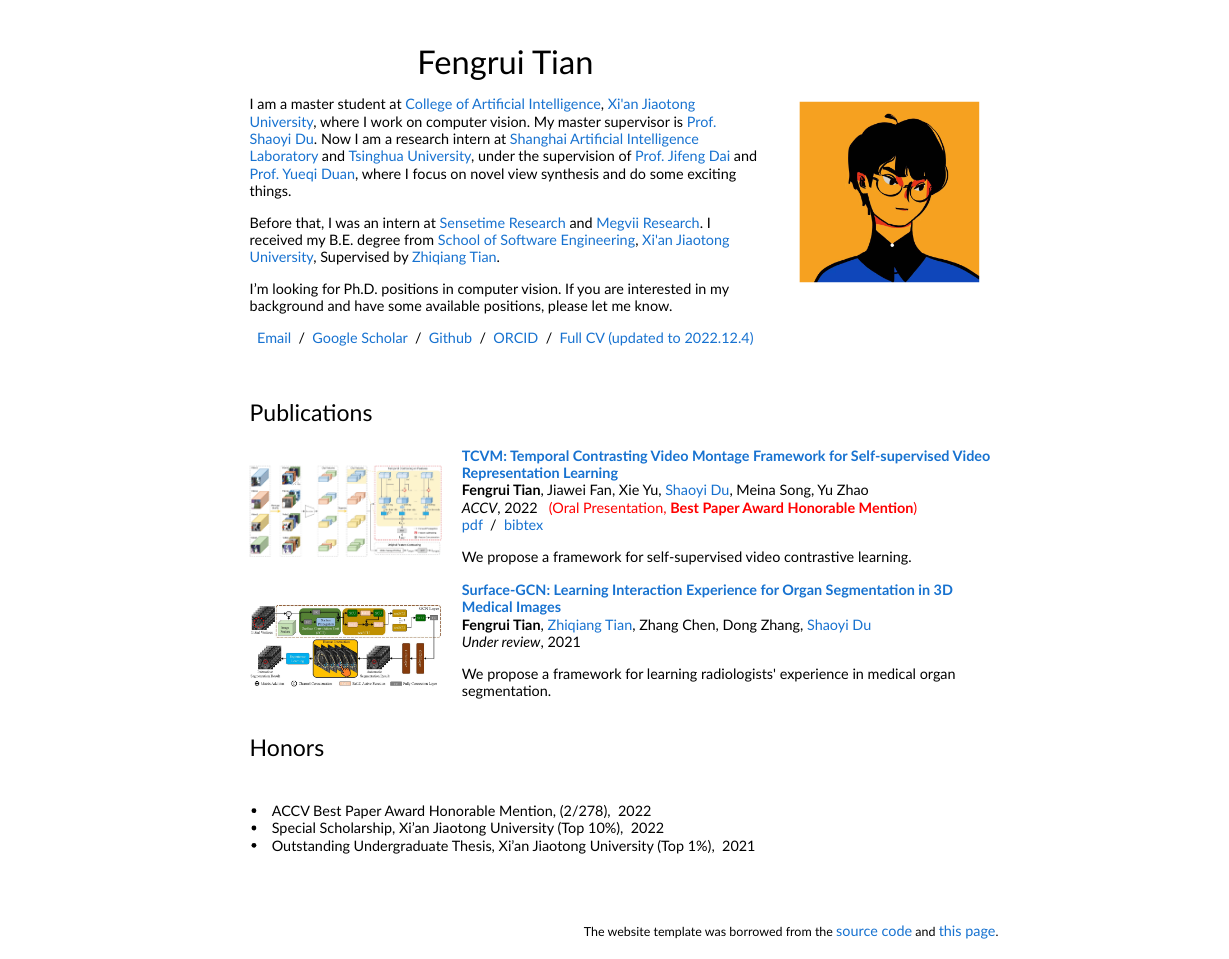
Repository: tianfr/tianfr.github.io
Page: index.html
An editor plug-in stored every save of this project. The page is shown before and after the next save, followed by the edit.
The browser window is 1280 px wide. The pictures show the whole page, at 96% of full size.

Above is the page before, as saved 2022-12-08 18:11:17.

After the next save:
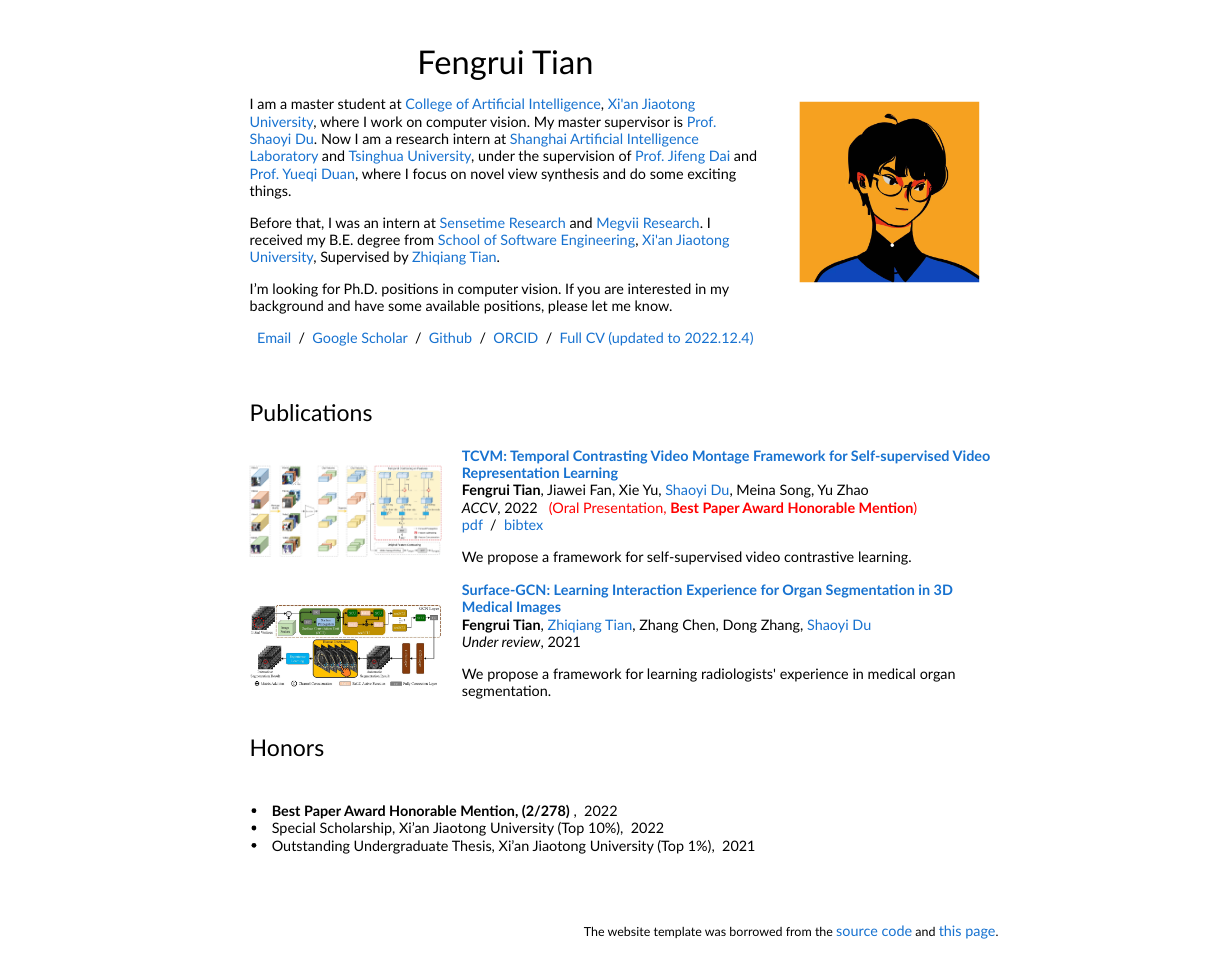
Saved 33 s later.
--- a/index.html
+++ b/index.html
@@ -149,7 +149,7 @@
         <table width="100%" align="center" border="0" cellpadding="20"><tbody>
           <tr>
             <td style="padding:20px;width:100%;vertical-align:middle">
-              <li>ACCV Best Paper Award Honorable Mention, (2/278),&nbsp; 2022 </li>
+              <li><strong>Best Paper Award Honorable Mention, (2/278)</strong> ,&nbsp; 2022 </li>
               <li>Special Scholarship, Xi’an Jiaotong University (Top 10%),&nbsp; 2022 </li>
               <li>Outstanding Undergraduate Thesis, Xi’an Jiaotong University (Top 1%),&nbsp; 2021 </li> <br>
           </td>
